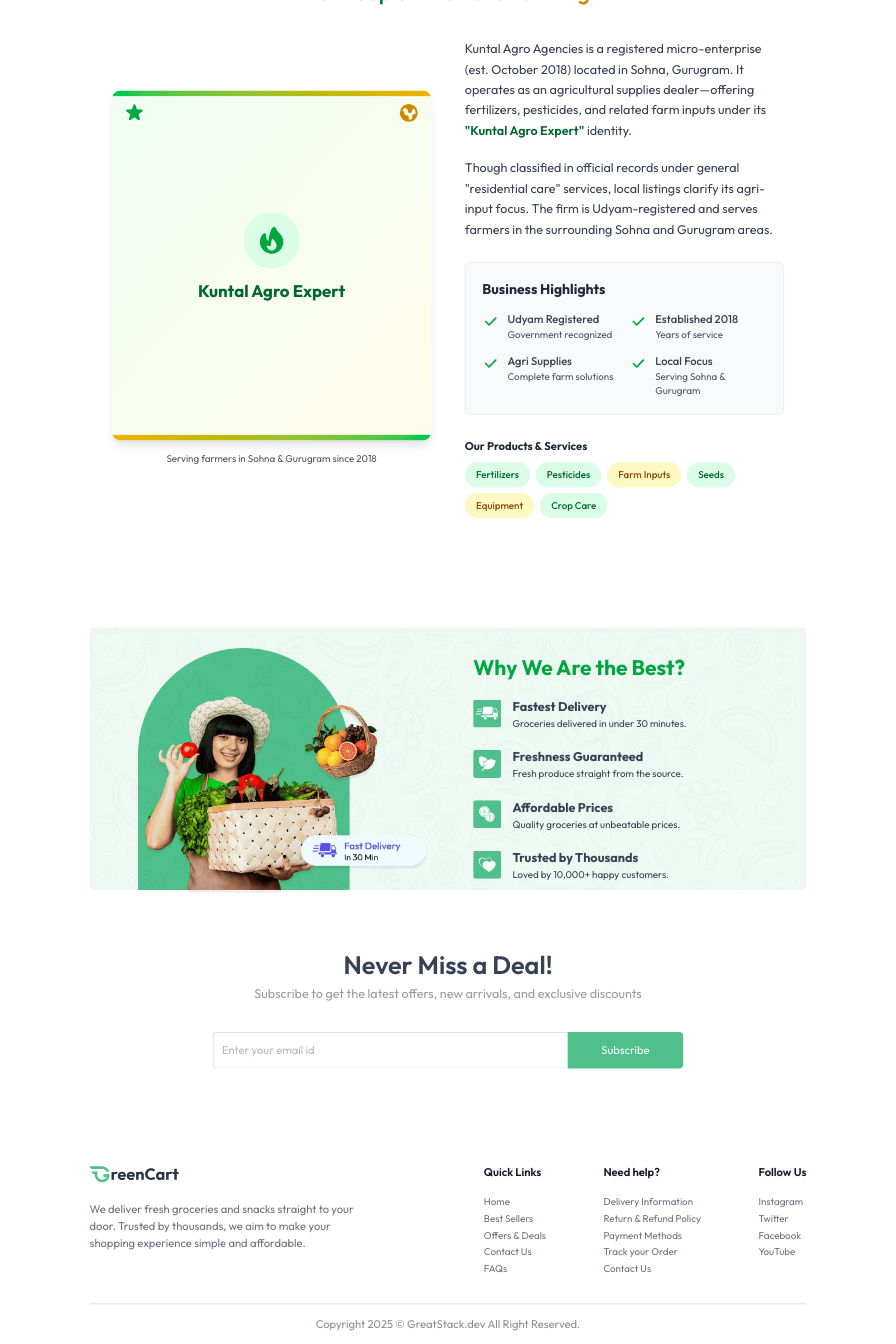
Repository: deepak445566/cv
Page: / (app in client/)
The author's editor kept a copy of each file at every save. The page is drawn from the files as they stood at one save, then again after the next save.
The browser window is 1280 px wide. The pictures show the part of the page from y = 1135 to 3055 px (the page is 3055 px tall before and 2613 px after), at 70% of full size.
The page's requests for data from a server got no answer. Some web fonts or font styles are not loaded; a fallback is used. The project was rebuilt for these pictures with package versions that can differ from the ones it lists, and the page was loaded fresh each time. No one was signed in, and anything a server would have sent is missing. Also part of the build but not shown: client/vite.config.js, client/src/components/ProductCard.jsx, client/src/components/Login.jsx, client/src/pages/AllProduct.jsx, client/src/pages/Productcato.jsx, client/src/pages/ProductDetail.jsx, client/src/pages/Cart.jsx, client/src/components/Addaddress.jsx and 7 more.

Above is the page before, as saved 2025-12-14 19:52:16.

After the next save:
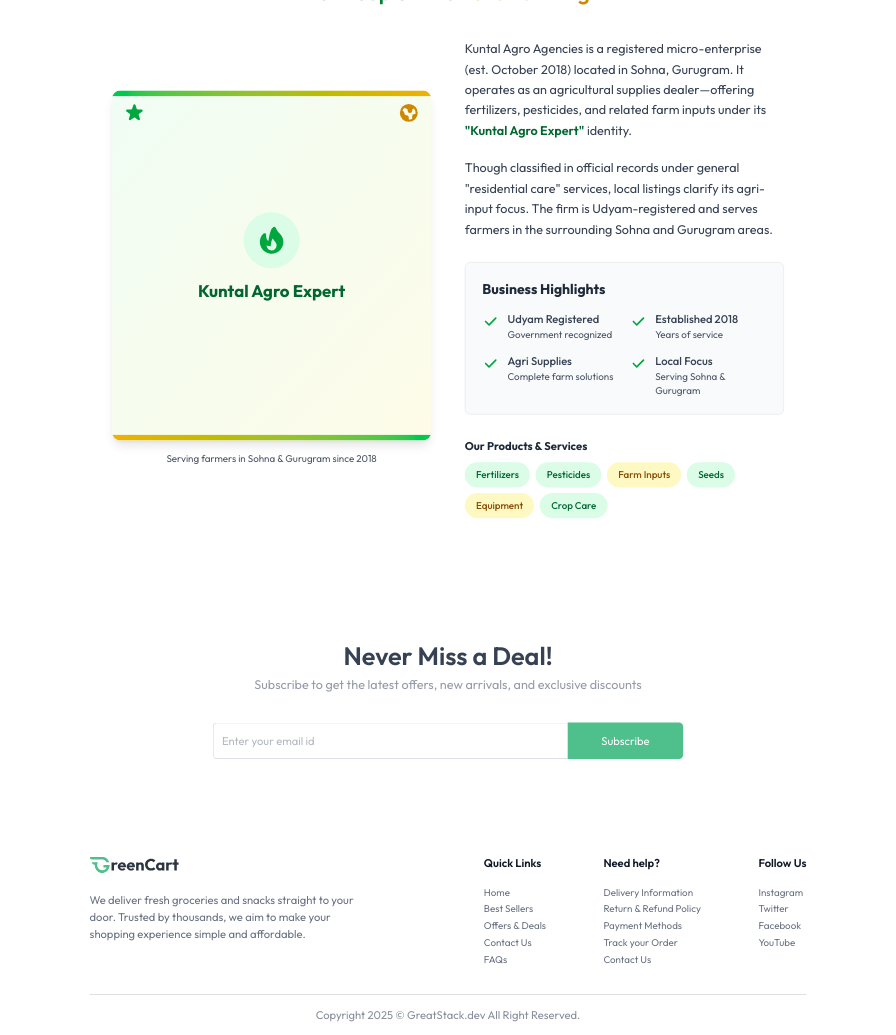
Saved 5 s later.
--- a/client/src/pages/Home.jsx
+++ b/client/src/pages/Home.jsx
@@ -15,7 +15,7 @@
     <Categories/>
     <BestSeller/>
     <OurStory/>
-    <BottomBanner/>
+
     <NewsLetter/>
 
    </div>
